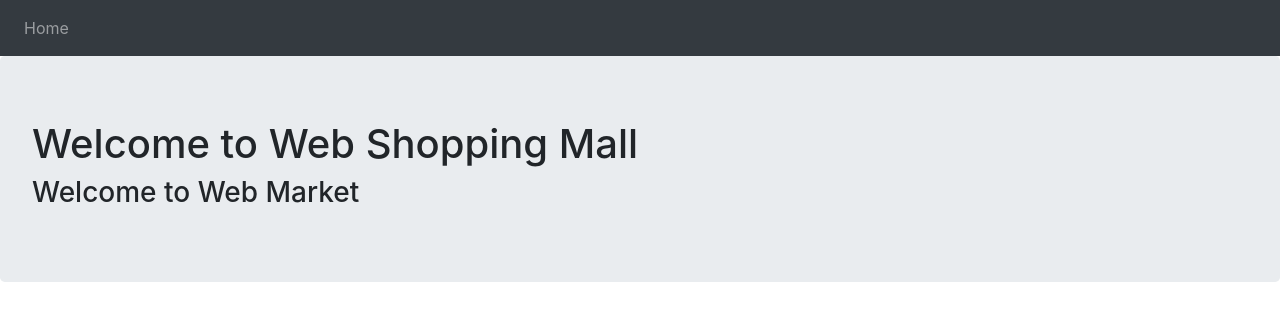
Repository: Jin0207/jsp
Page: http://localhost/day1210/welcome.jsp
The author's editor kept a copy of each file at every save. The page is drawn from the files as they stood at one save, then again after the next save.
The browser window is 1280 px wide. The pictures show the whole page.
The page is served by Tomcat 9.

Above is the page before, as saved 2021-12-10 07:43:12.

After the next save:
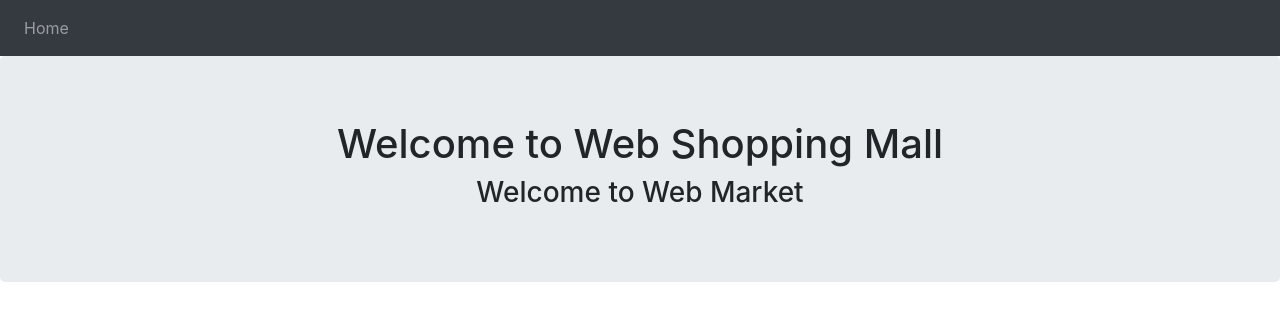
Saved 31 s later.
--- a/day1210/src/main/webapp/welcome.jsp
+++ b/day1210/src/main/webapp/welcome.jsp
@@ -10,6 +10,11 @@
 <script src="https://ajax.googleapis.com/ajax/libs/jquery/3.5.1/jquery.min.js"></script>
 <script src="https://cdnjs.cloudflare.com/ajax/libs/popper.js/1.16.0/umd/popper.min.js"></script>
 <script src="https://maxcdn.bootstrapcdn.com/bootstrap/4.5.2/js/bootstrap.min.js"></script>
+<style type="text/css">
+	.box{
+		text-align: center;
+	}
+</style>
 </head>
 <body>
 	<nav class="navbar navbar-expand-sm bg-dark navbar-dark">
